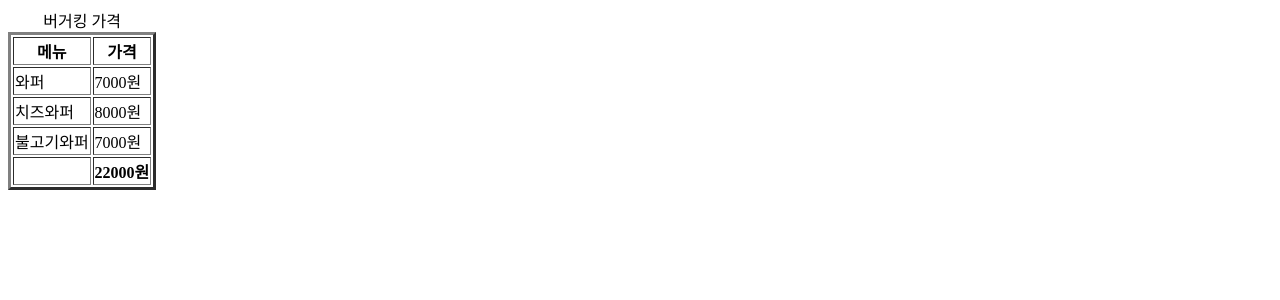
Repository: Johyerim06/Class_internetProgramming
Page: class01/dd/13.html
The author's editor kept a copy of each file at every save. The page is drawn from the files as they stood at one save, then again after the next save.
The browser window is 1280 px wide. The pictures show the whole page.

Above is the page before, as saved 2025-03-13 12:23:20.

### class01/dd/13.html
<!DOCTYPE html>
<html>
<head>
<meta charset="UTF-8">
<title>표(table) 만들기</title>
</head>
<!-- Ctrl + Shift + F : 자동 들여쓰기 or 정렬 -->
<body>
	<table border="3">
		<caption>버거킹 가격</caption>
		<!-- 테이블 제목 -->
		<thead>
			<!-- 테이블 가장 상위 행, 컬럼명 -->
			<tr>
				<th>메뉴</th>
				<th>가격</th>
			</tr>
		</thead>
		<!-- 테이블 시작 -->
		<tr>
			<td>와퍼</td>
			<td>7000원</td>
		</tr>
		<!-- 1행 -->
		<tr>
			<td>치즈와퍼</td>
			<td>8000원</td>
		</tr>
		<!-- 2행 -->
		<tr>
			<td>불고기와퍼</td>
			<td>7000원</td>
		</tr>
		<!-- 3행 -->
		<!-- 테이블 끝 -->
		<!-- tr : table row -->
		<!-- td : table data -->
		<tfoot>
			<tr>
				<th></th>
				<th>22000원</th>
			</tr>
		</tfoot>
	</table>
</body>
</html>

After the next save:
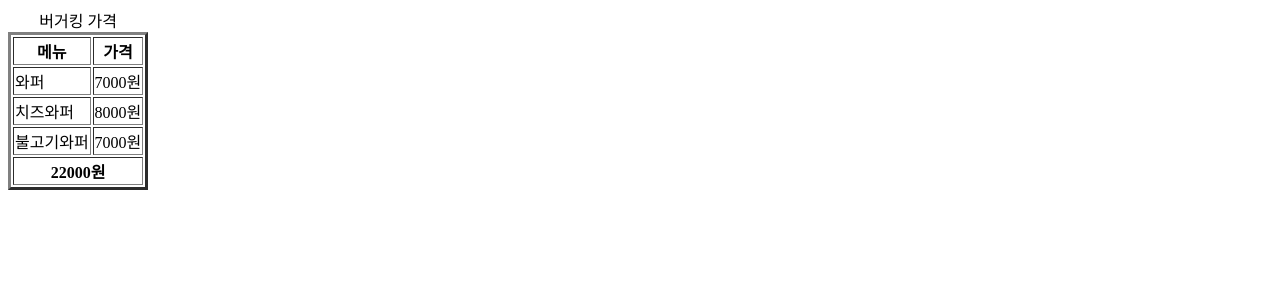
Saved 37 s later.
--- a/class01/dd/13.html
+++ b/class01/dd/13.html
@@ -37,8 +37,7 @@
 		<!-- td : table data -->
 		<tfoot>
 			<tr>
-				<th></th>
-				<th>22000원</th>
+				<th colspan = "2">22000원</th>
 			</tr>
 		</tfoot>
 	</table>
